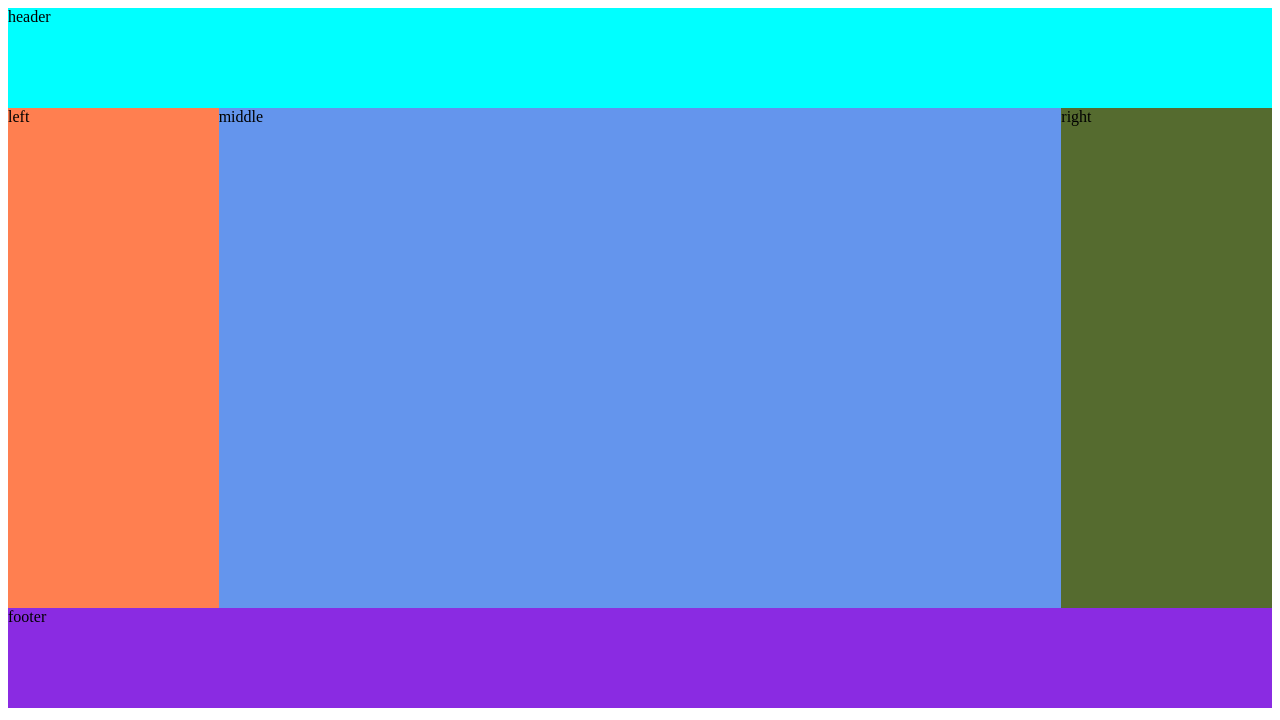
Repository: greden0814/myBlog
Page: /#/pages/myInfo
An editor plug-in stored every save of this project. The page is shown before and after the next save, followed by the edit.
The browser window is 1280 px wide. The pictures show the whole page.
The project was rebuilt for these pictures with package versions that can differ from the ones it lists, and the page was loaded fresh each time.

Above is the page before, as saved 2021-07-16 19:42:48.

After the next save:
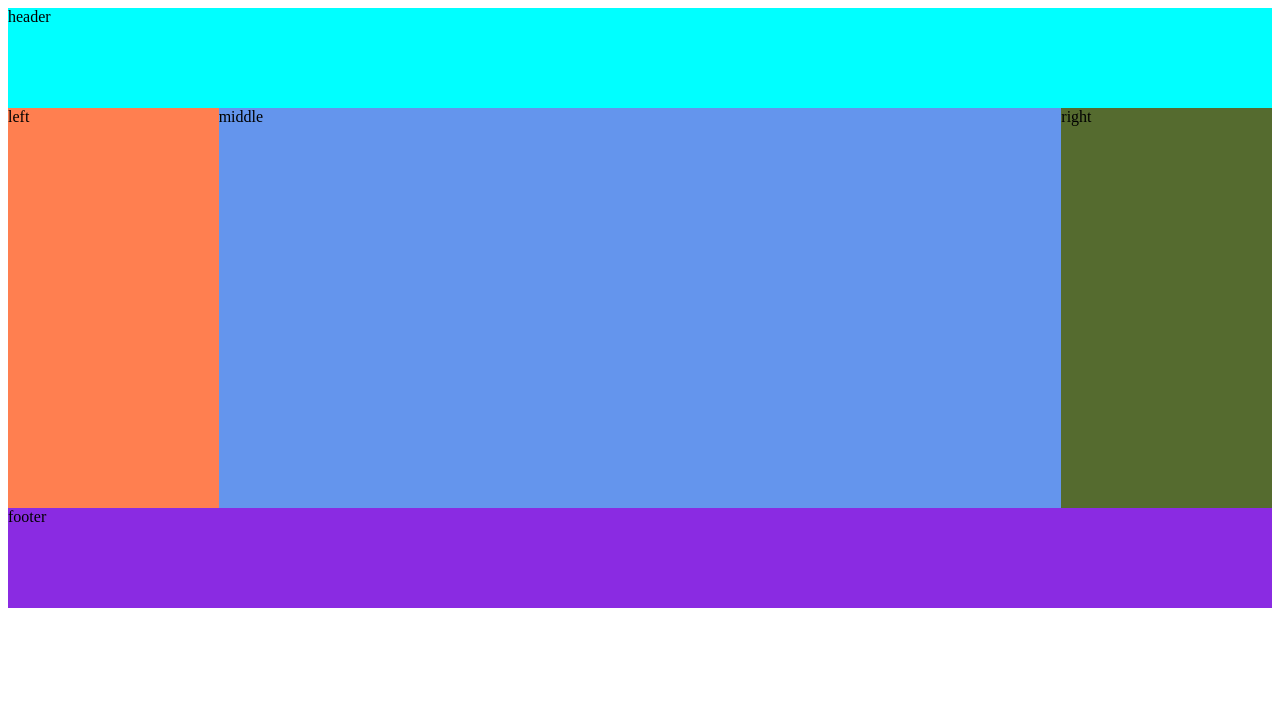
Saved 6 s later.
--- a/src/views/myInfo/index.vue
+++ b/src/views/myInfo/index.vue
@@ -24,7 +24,7 @@ export default {
   }
   .body {
     display: flex;
-    height: 500px;
+    height: 400px;
     .left {
       background-color: coral;
       flex: 2;
